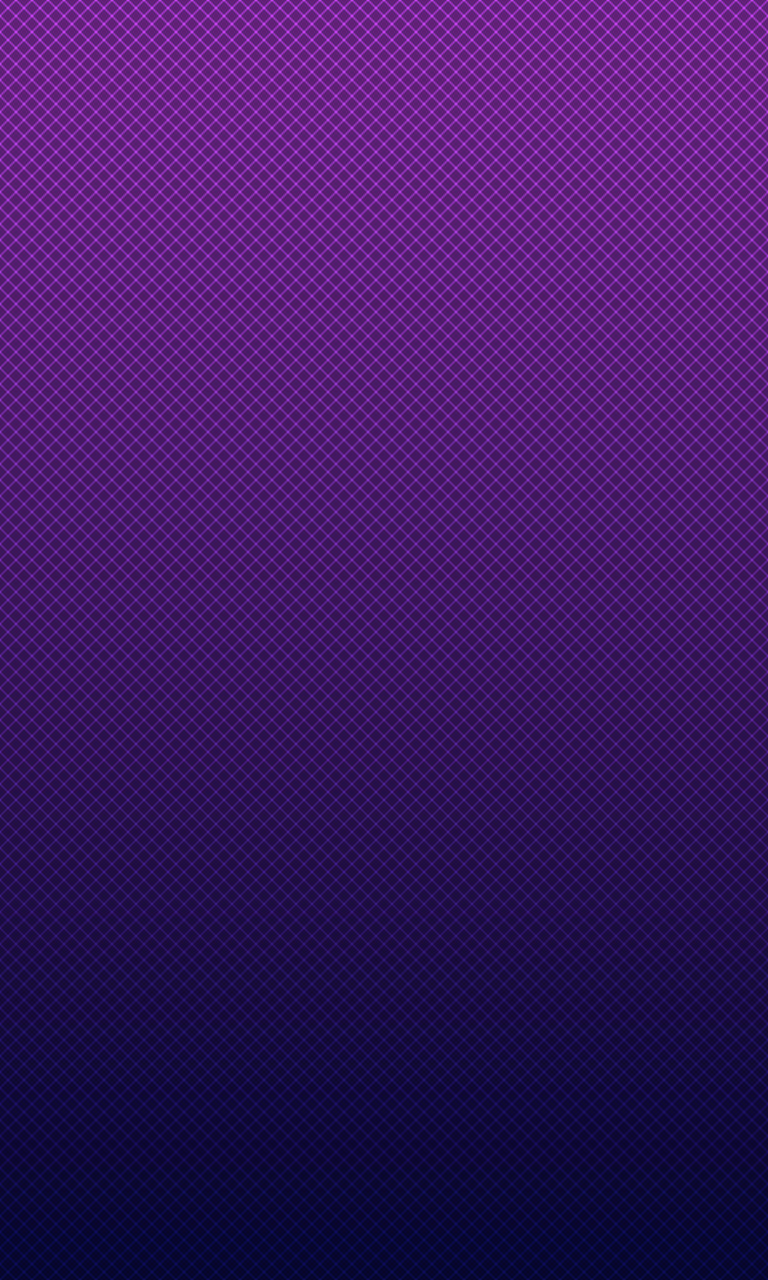
Repository: LimHeeJho/masicBall
Layout: MagicBall/res/layout/activity_main.xml
The author's editor kept a copy of each file at every save. The layout is drawn from the files as they stood at one save, then again after the next save.
It is drawn on a 768 x 1280 px phone screen (xhdpi) without system bars, with theme AppTheme; the app's code is not run.

Above is the layout before, as saved 2013-07-17 08:11:40.

### MagicBall/res/layout/activity_main.xml
<RelativeLayout xmlns:android="http://schemas.android.com/apk/res/android"
    xmlns:tools="http://schemas.android.com/tools"
    android:layout_width="fill_parent"
    android:layout_height="fill_parent"
    tools:context=".MainActivity" >

    <RelativeLayout
        android:layout_width="fill_parent"
        android:layout_height="fill_parent"
        android:layout_alignParentLeft="true"
        android:layout_alignParentTop="true"
        android:background="@drawable/background" >

        <RelativeLayout
            android:layout_width="fill_parent"
            android:layout_height="300dp"
			android:layout_marginTop="100dp">
        </RelativeLayout>

    </RelativeLayout>

</RelativeLayout>

Loaded but not shown: MagicBall/res/values/styles.xml (common file); MagicBall/res/values-v11/styles.xml (common file); MagicBall/res/values-v14/styles.xml (common file)

After the next save:
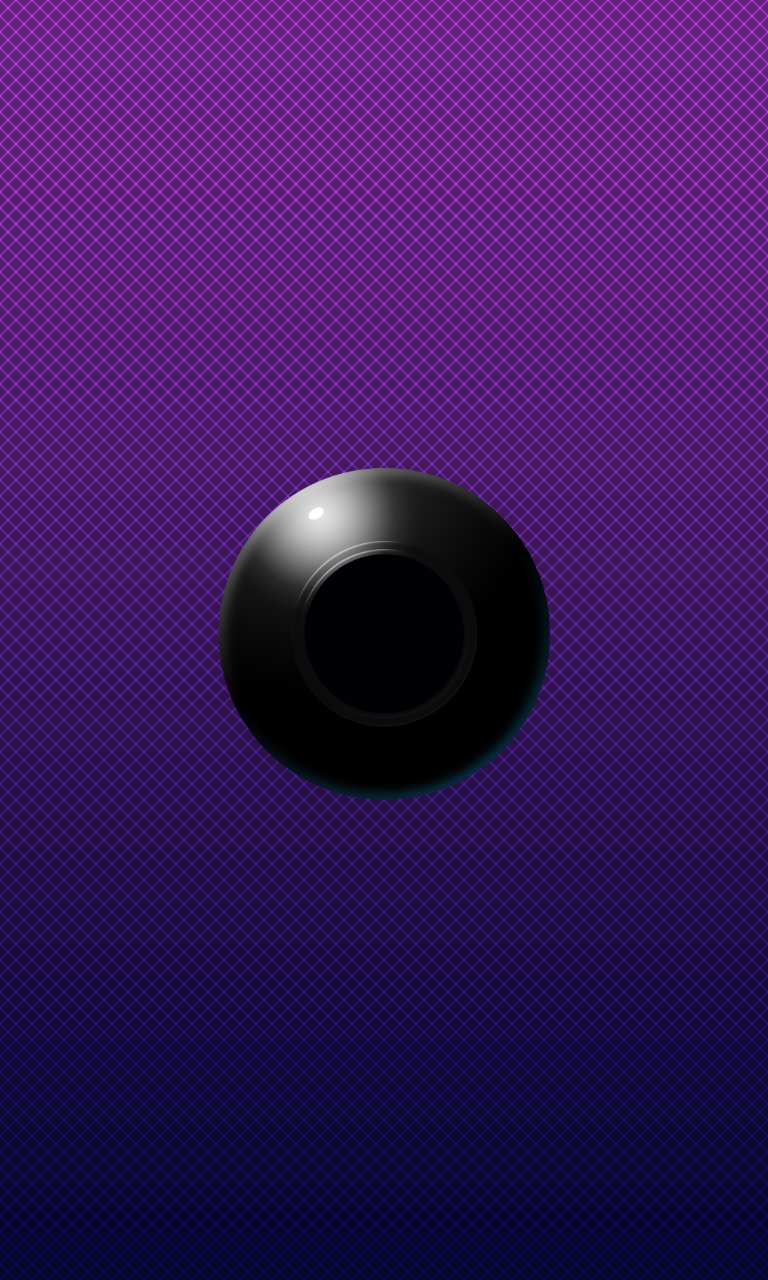
Saved 38 s later.
--- a/MagicBall/res/layout/activity_main.xml
+++ b/MagicBall/res/layout/activity_main.xml
@@ -14,9 +14,17 @@
         <RelativeLayout
             android:layout_width="fill_parent"
             android:layout_height="300dp"
-			android:layout_marginTop="100dp">
+            android:layout_marginTop="100dp" >
+
+            <ImageView
+                android:id="@+id/imageView1"
+                android:layout_width="fill_parent"
+                android:layout_height="fill_parent"
+                android:layout_alignParentTop="true"
+                android:layout_centerHorizontal="true"
+                android:layout_marginTop="134dp"
+                android:src="@drawable/ball" />
         </RelativeLayout>
-
     </RelativeLayout>
 
 </RelativeLayout>
